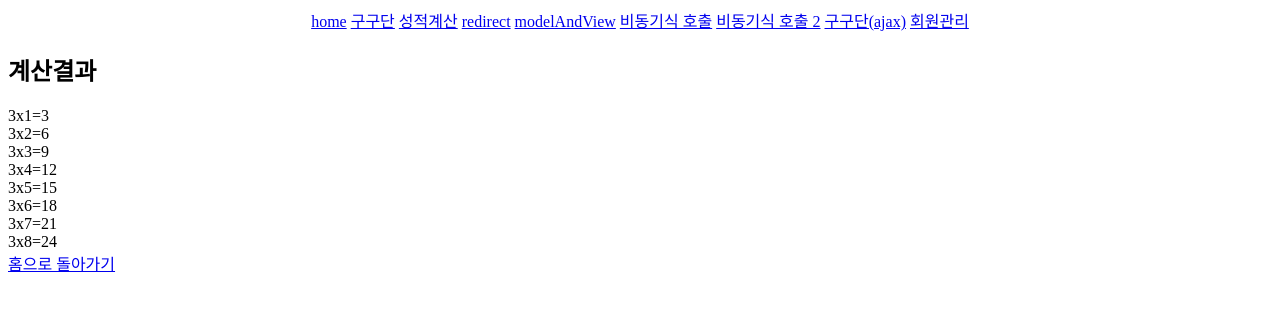
Repository: junhyeoksin/spring_program
Page: http://localhost/springProgram/table_result.do
An editor plug-in stored every save of this project. The page is shown before and after the next save, followed by the edit.
The browser window is 1280 px wide. The pictures show the whole page.
The page is served by Tomcat 9. Other server files are loaded and not shown.

Above is the page before, as saved 2022-01-06 15:56:13.

### springProgram/src/main/webapp/WEB-INF/views/test/table_result.jsp
<%@ page language="java" contentType="text/html; charset=UTF-8"
	pageEncoding="UTF-8"%>
<!DOCTYPE html>
<html>
<head>
<meta charset="UTF-8">
<title>Insert title here</title>
</head>
<body>
	<%@ include file="../include/menu.jsp"%>
	<h2>계산결과</h2>
	${result}
</body>
 <a href="/spring01/"> 홈으로 돌아가기 </a>
</html>

### springProgram/src/main/webapp/WEB-INF/views/include/menu.jsp
<%@ page language="java" contentType="text/html; charset=UTF-8"
    pageEncoding="UTF-8"%>
 <div style="Text-align:center">
 	<a href = "/spring01/">home</a>
 	<a href = "/spring01/multi_table.do">구구단</a>
 	<a href = "/spring01/point.do">성적계산</a>
 	<a href = "/spring01/move.do">redirect</a>
 	<a href = "/spring01/mav.do">modelAndView</a>
 	<a href = "/spring01/ajax.do">비동기식 호출</a>
 	<a href = "/spring01/login.do">비동기식 호출 2</a>
 	<a href = "/spring01/ajax_table.do">구구단(ajax)</a>
 	<a href = "/spring01/member/list.do">회원관리</a>

 </div>

After the next save:
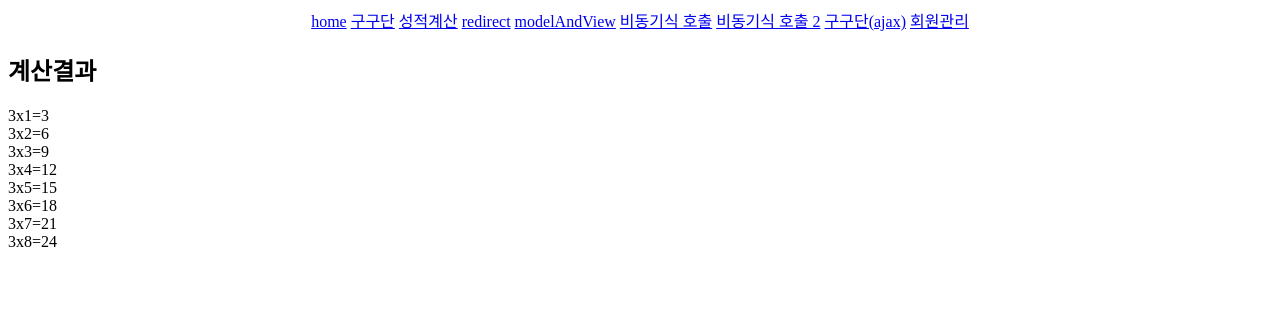
Saved 15 s later.
--- a/springProgram/src/main/webapp/WEB-INF/views/test/table_result.jsp
+++ b/springProgram/src/main/webapp/WEB-INF/views/test/table_result.jsp
@@ -11,5 +11,4 @@
 	<h2>계산결과</h2>
 	${result}
 </body>
- <a href="/spring01/"> 홈으로 돌아가기 </a>
 </html>
